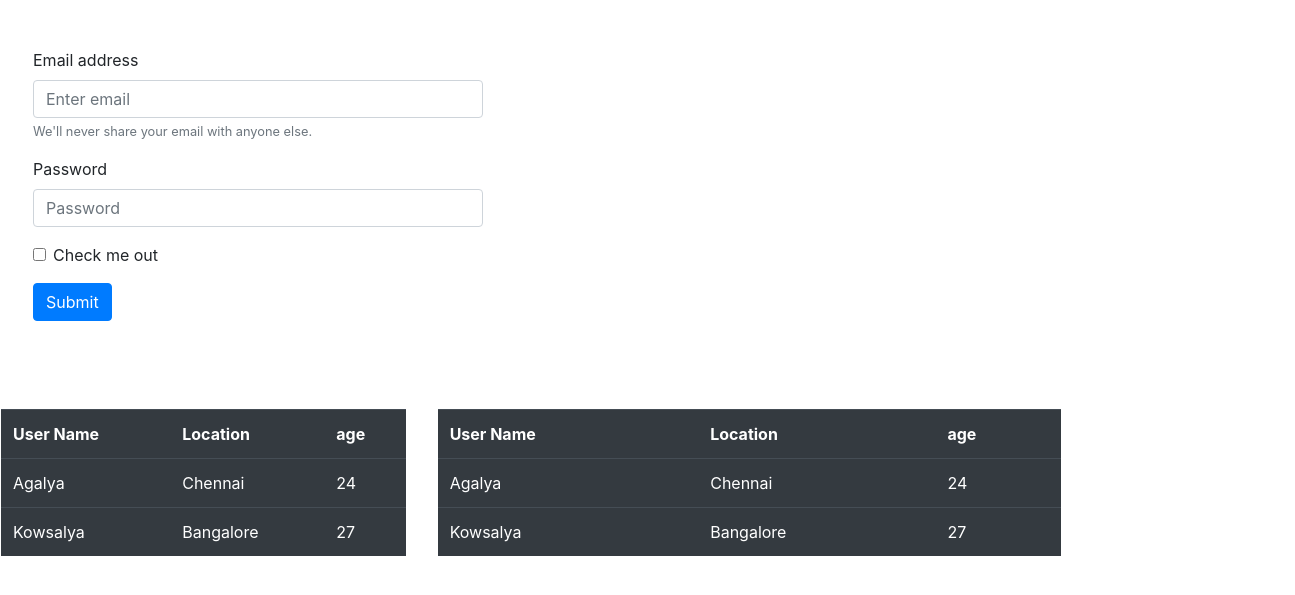
Repository: rajeshkannane/java1
Page: Form/public/index.html
An editor plug-in stored every save of this project. The page is shown before and after the next save, followed by the edit.
The browser window is 1280 px wide. The page is 1295 px wide, so the pictures cover 1295 px, including what lies to the right of the window. The pictures show the whole page.

Above is the page before, as saved 2022-11-14 16:59:50.

After the next save:
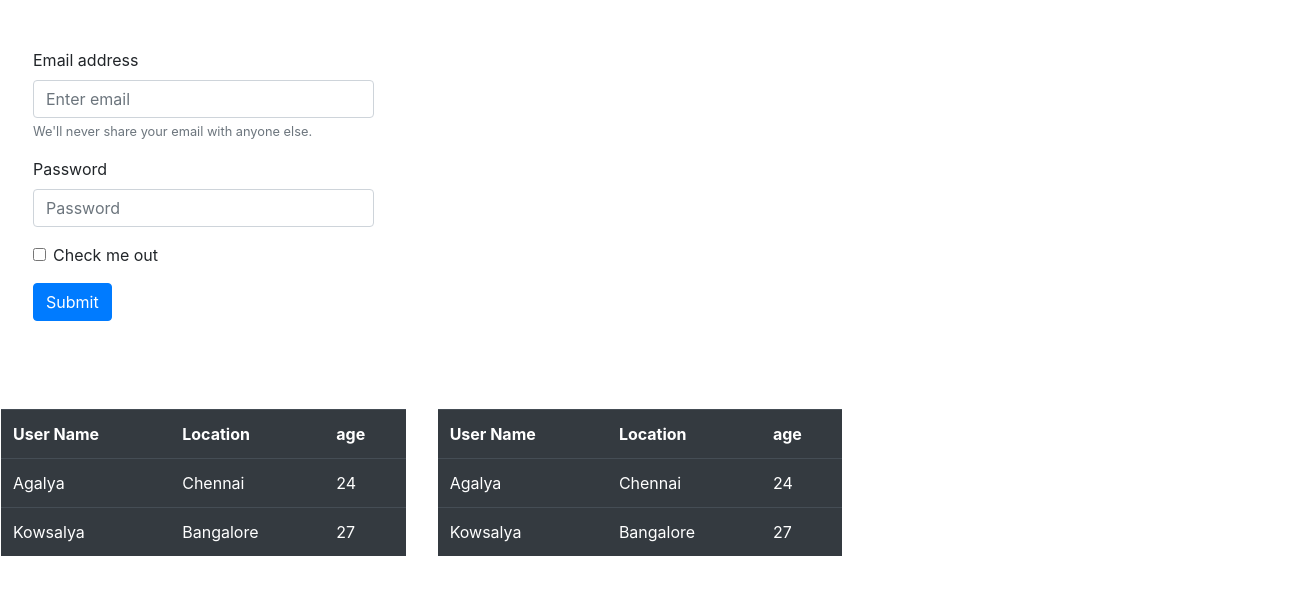
Saved 12 s later.
--- a/Form/public/index.html
+++ b/Form/public/index.html
@@ -9,7 +9,7 @@
 
 <body>
 <div class="row">
-<div class="col-sm-5 p-5" style="border:10% ">
+<div class="col-sm-4 p-5" style="border:10% ">
 <form>
   <div class="form-group">
     <label for="exampleInputEmail1">Email address</label>
@@ -50,7 +50,7 @@
   </tr>
     </table>
     </div>
-    <div class="col-sm-6 p-3" >
+    <div class="col-sm-4 p-3" >
 <table class="table table-dark" style="text-align:1%">
   <tr>
     <th>User Name</th>
